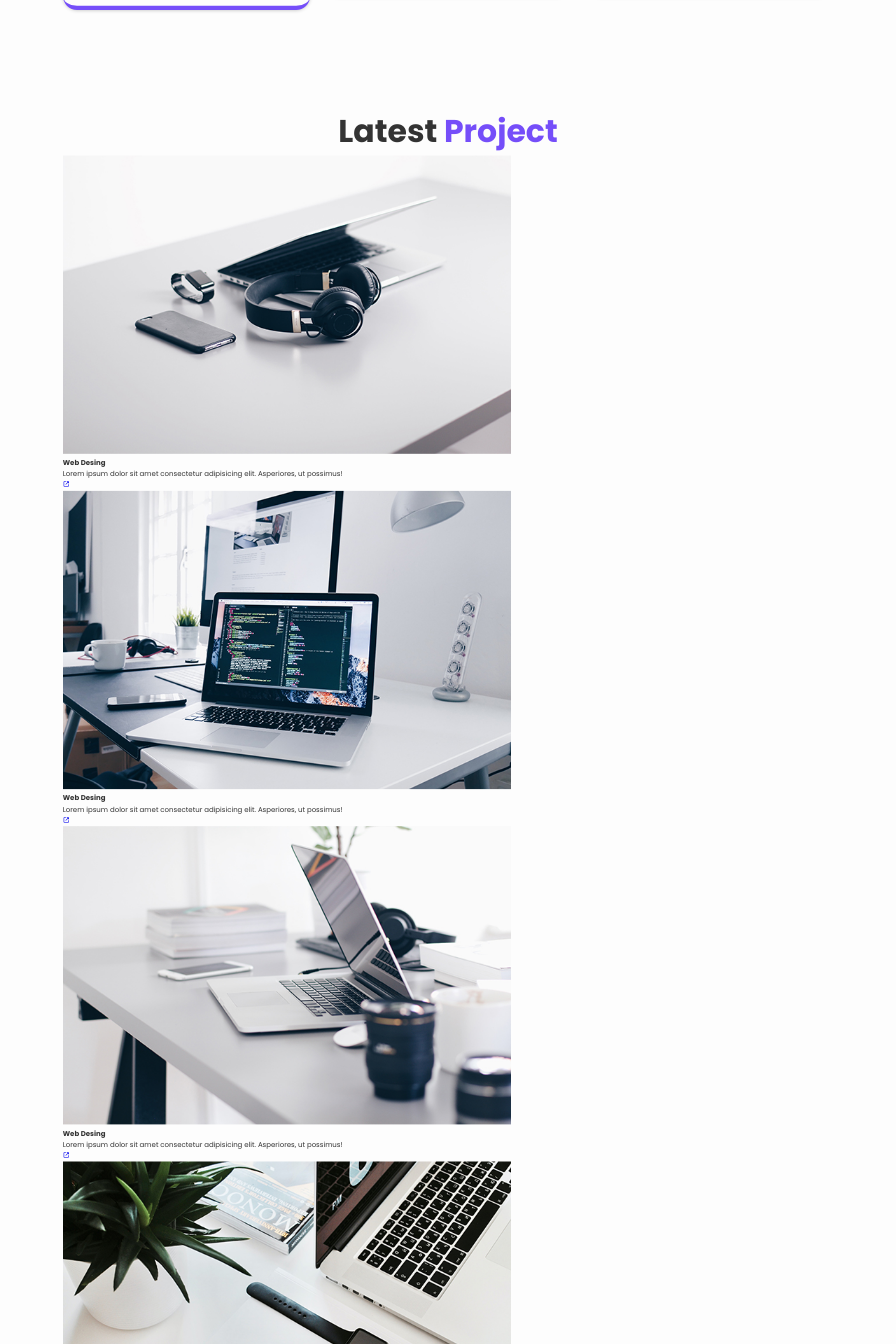
Repository: Gabi-Augusto/Portfolio
Page: index.html
The author's editor kept a copy of each file at every save. The page is drawn from the files as they stood at one save, then again after the next save.
The browser window is 1280 px wide. The pictures show the part of the page from y = 2055 to 3975 px (the page is 5172 px tall before and 5292 px after), at 70% of full size.

Above is the page before, as saved 2023-11-29 18:52:11.

After the next save:
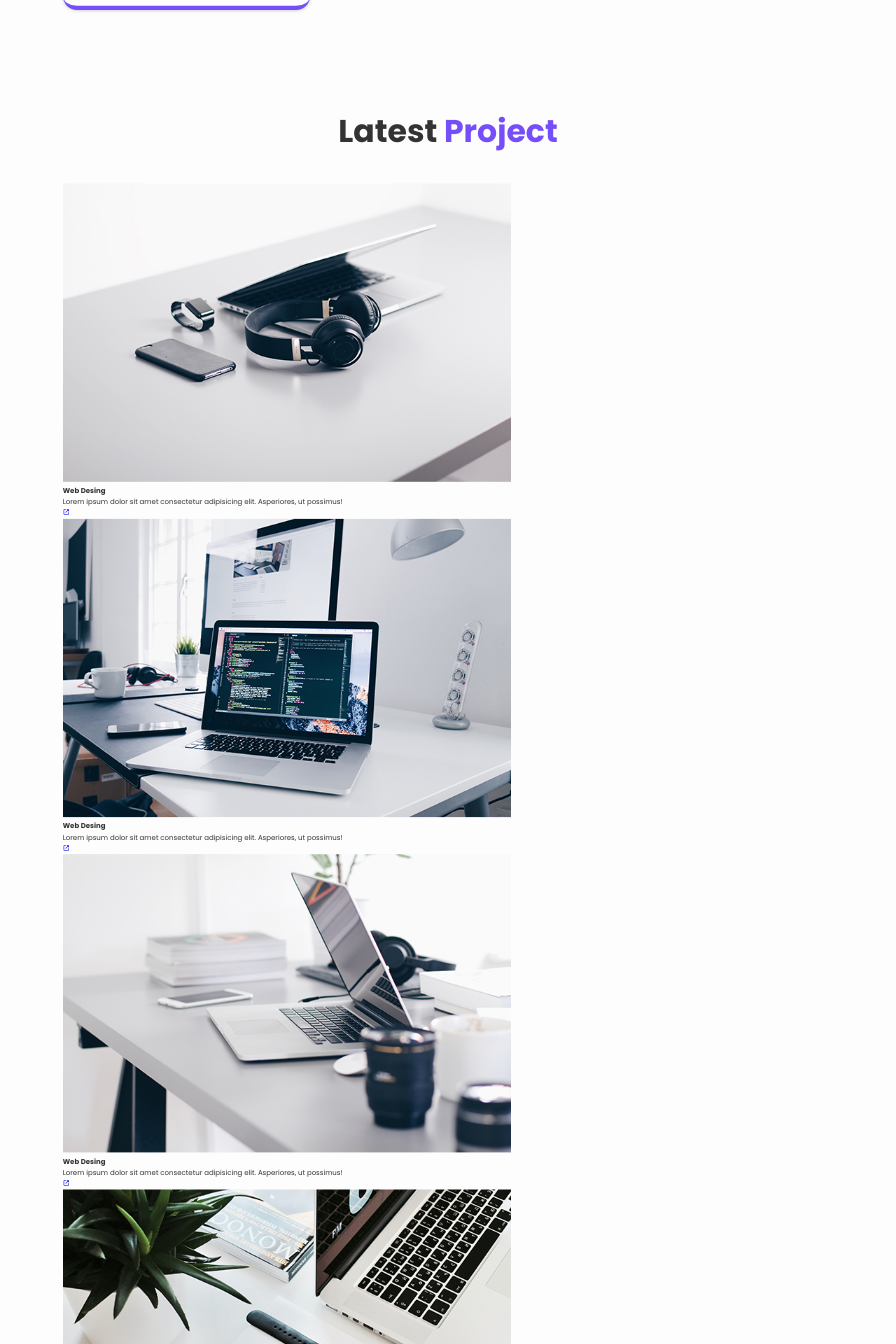
Saved 4 min 48 s later.
--- a/css/style.css
+++ b/css/style.css
@@ -337,3 +337,16 @@ span {
     font-size: 1.6rem;
     margin: 1rem 0 3rem;
 }
+
+.portfolio {
+    padding-bottom: 10rem;
+}
+
+.portfolio h2 {
+    margin-bottom: 4rem;
+}
+
+.portfolio .portfolio-container {
+    display: grid;
+    grid-template-columns: repeat(3);
+}
